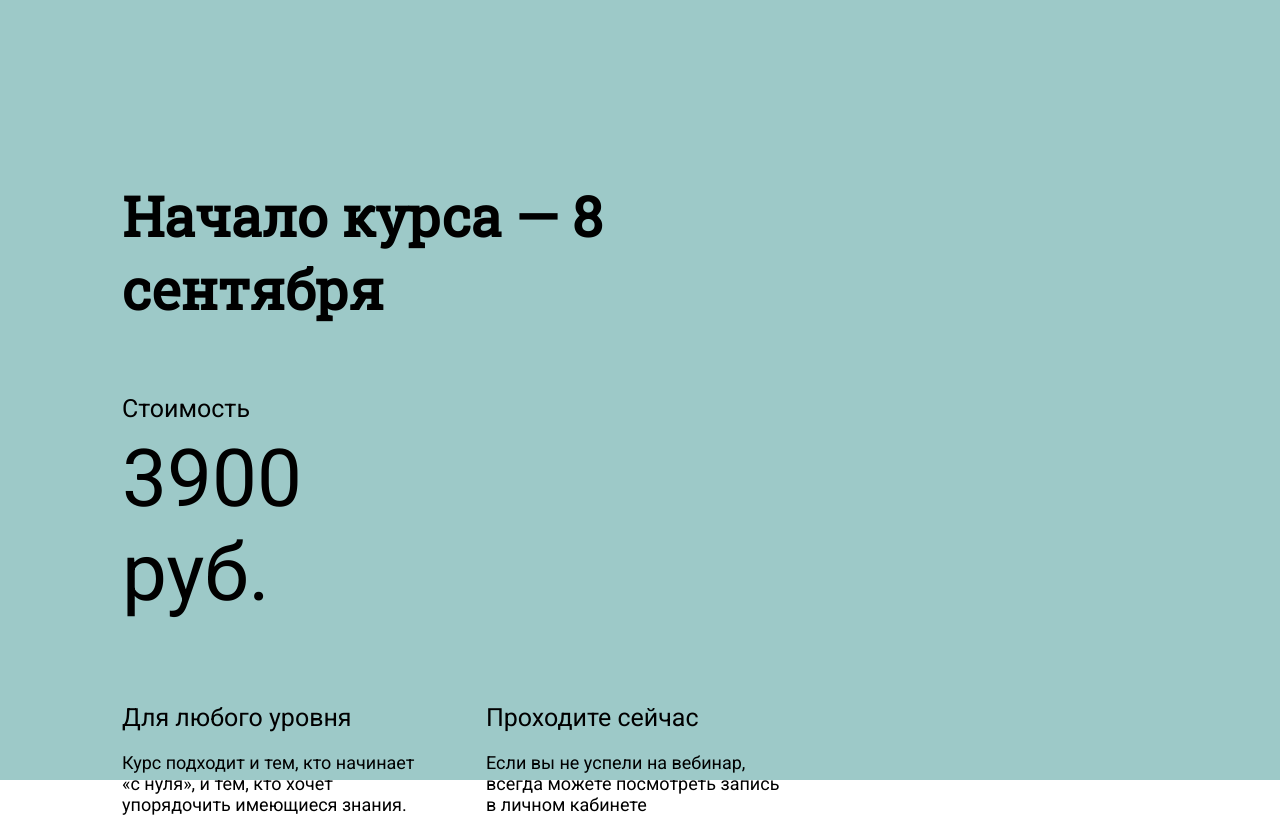
Repository: NatiqSamiyev/fiqma-task3
Page: index.html
These files come from the project's save history. The page is drawn as it stood at one moment and after a run of saves; the edit follows.
The browser window is 1280 px wide. The pictures show the whole page.

Above is the page before, as saved 2023-08-09 13:11:34.

### index.html
<!DOCTYPE html>
<html lang="en">
  <head>
    <meta charset="UTF-8" />
    <meta name="viewport" content="width=device-width, initial-scale=1.0" />
    <link rel="stylesheet" href="index.css" />
    <title>Document</title>
  </head>
  <body>
    <div class="container">
      <h2>Начало курса — 8 сентября</h2>
      <h4>Стоимость</h4>
      <h1>3900 руб.</h1>
      <ul>
        <li>
          <h5>Для любого уровня</h5>
          <p>
            Курс подходит и тем, кто начинает «с нуля», и тем, кто хочет
            упорядочить имеющиеся знания.
          </p>
        </li>

        <li>
          <h5>Проходите сейчас</h5>
          <p>
            Если вы не успели на вебинар, всегда можете посмотреть запись в
            личном кабинете
          </p>
        </li>
      </ul>

    </div>
  </body>
</html>

### index.css
@import url("https://fonts.googleapis.com/css2?family=Roboto+Slab&family=Roboto:wght@400;700&display=swap");
* {
  margin: 0;
  padding: 0;
  box-sizing: border-box;
}

.container {
  width: 100%;
  height: 780px;
  background: #9dc9c8;
}

.container h2 {
  padding: 179px 410px 0 122px;
  font-family: Roboto Slab;
  font-size: 55px;
  font-style: normal;
  font-weight: 700;
}

.container h4 {
  padding: 69px 1148px 0 122px;
  font-family: Roboto;
  font-size: 25px;
  font-style: normal;
  font-weight: 400;
}

.container h1 {
  padding: 9px 837px 0 122px;
  font-family: Roboto;
  font-size: 80px;
  font-style: normal;
  font-weight: 400;
}

.container ul {
  padding-left: 122px;
  display: flex;
  text-decoration: none;
}

.container ul li {
  padding: 83px 70px 0 0px;
  list-style-type: none;
}

.container h5 {
  padding-bottom: 20px;
  font-family: Roboto;
  font-size: 25px;
  font-style: normal;
  font-weight: 400;
}

.container p {
  width: 294px;
  font-family: Roboto;
  font-size: 18px;
  font-style: normal;
  font-weight: 400;
}

After the next 7 saves:
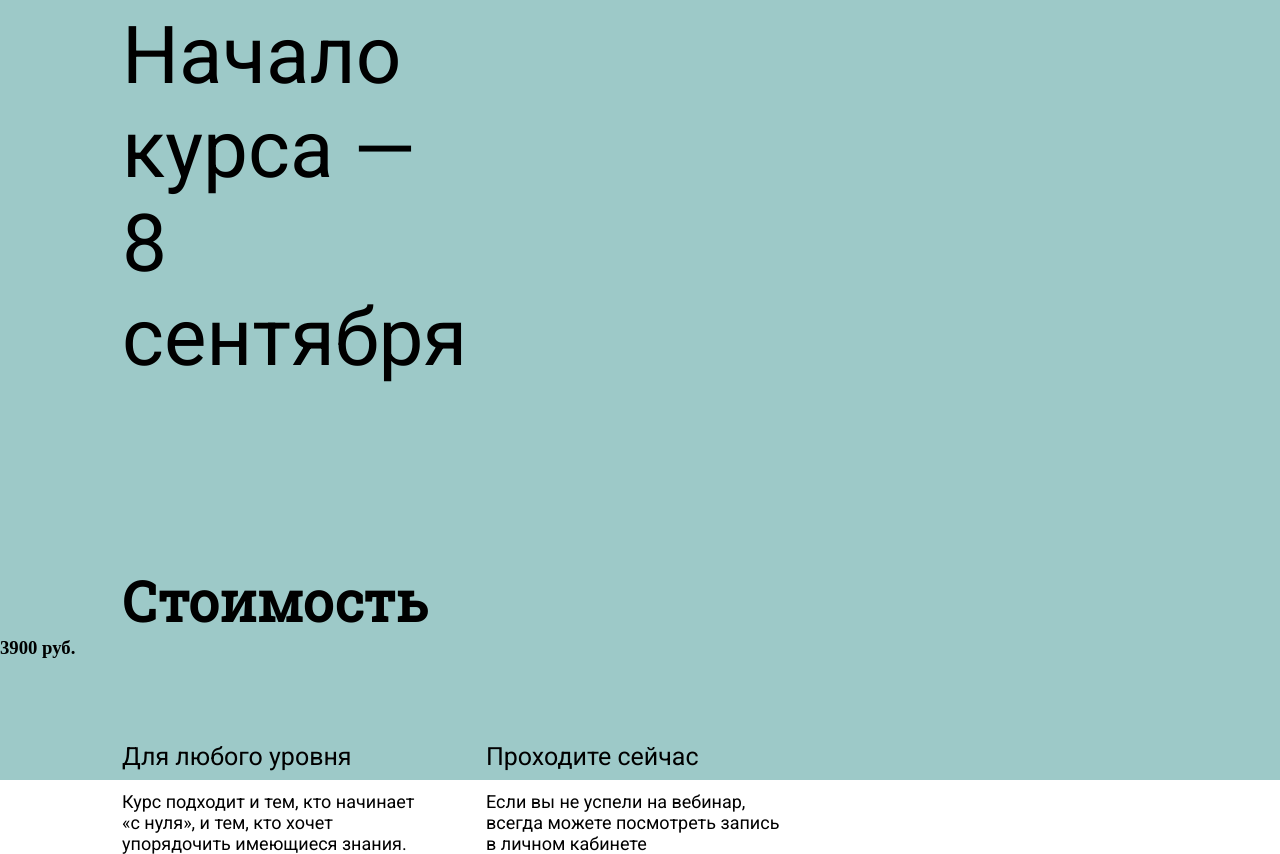
The 7 saves are shown as one change because they came seconds apart.
The last was saved 63 s later.
--- a/index.html
+++ b/index.html
@@ -8,9 +8,9 @@
   </head>
   <body>
     <div class="container">
-      <h2>Начало курса — 8 сентября</h2>
-      <h4>Стоимость</h4>
-      <h1>3900 руб.</h1>
+      <h1>Начало курса — 8 сентября</h1>
+      <h2>Стоимость</h2>
+      <h3>3900 руб.</h3>
       <ul>
         <li>
           <h5>Для любого уровня</h5>
